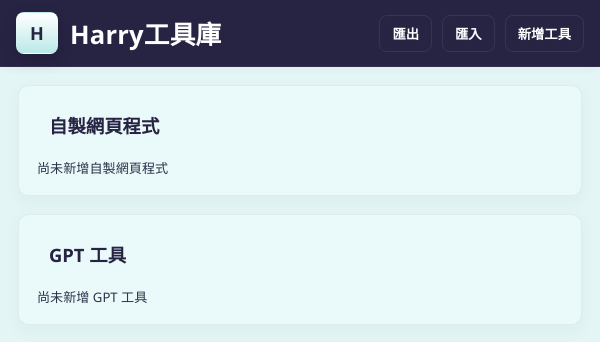
Repository: Harry985991/bmcvibecoding
Page: personal_tool_portal.html
These files come from the project's save history. The page is drawn as it stood at one moment and after the next save; the edit follows.
The browser window is 600 px wide. The pictures show the whole page.

Above is the page before, as saved 2025-08-22 23:09:42.

### personal_tool_portal.html
<!DOCTYPE html>
<html lang="zh-Hant">
<head>
  <meta charset="UTF-8" />
  <meta name="viewport" content="width=device-width, initial-scale=1.0"/>
  <title>Harry工具庫</title>
  <style>
:root{
  --bg: #e3f6f5;           /* page background */
  --primary: #272343;      /* dark navy */
  --banner: #272343;       /* banner color (attachment) */
  --muted: #2d334a;        /* paragraph */
  --accent: #ffd600;       /* accent (kept) */
  --teal: #bae8e8;         /* tag / light green-blue */
  --title-blue: #dceeff;   /* light-blue for title badge */
  --card-bg: #ffffff;
  --section-bg: #eaf9f9;   /* 新增：淡藍色區塊背景 */
  --card-border: rgba(39,35,67,0.06);
  --card-dark: #2C2C54;    /* 卡片深色 */
}

/* base */
html,body { height:100%; }
body {
  font-family: 'Segoe UI', 'Noto Sans TC', sans-serif;
  background-color: var(--bg);
  color: var(--primary);
  margin: 0;
  padding: 0;
  -webkit-font-smoothing:antialiased;
  -moz-osx-font-smoothing:grayscale;
}

/* top white banner */
header {
  background: var(--banner);              /* 改為附件深色 */
  padding: 14px 28px;
  display: flex;
  align-items: center;
  justify-content: space-between;
  border-bottom: 1px solid rgba(255,255,255,0.06); /* 調整邊線為淺白 */
  box-shadow: 0 2px 8px rgba(16,24,40,0.04);
  position: sticky;
  top: 0;
  z-index: 50;
}

/* left: logo + title */
.header-left {
  display:flex;
  gap:12px;
  align-items:center;
}
.header-logo {
  width:40px;
  height:40px;
  border-radius:8px;
  background: linear-gradient(180deg, #ffffff 0%, var(--teal) 100%);
  display:inline-flex;
  align-items:center;
  justify-content:center;
  color:var(--banner); /* 讓 logo 內字與 banner 保持對比 */
  font-weight:700;
  font-size:18px;
  border:1px solid rgba(255,255,255,0.08); /* 淺白邊框 */
  box-shadow:0 6px 16px rgba(0,0,0,0.16);
}
.header-title {
  font-size:1.6rem; /* 保留放大 */
  color:#ffffff;
  font-weight:700;
  letter-spacing:0.2px;
}

/* header actions (right) - white text, subtle white borders */
.header-actions { display:flex; gap:10px; align-items:center; }

.header-actions button, .header-actions a {
  background: transparent;
  color: #ffffff; /* 白字 */
  border: 1px solid rgba(255,255,255,0.08);
  padding: 8px 12px;
  border-radius: 8px;
  font-weight:600;
  text-decoration:none;
  cursor:pointer;
}
.header-actions button:hover, .header-actions a:hover {
  background: rgba(255,255,255,0.04);
  transform: translateY(-1px);
}

/* layout */
main {
  padding: 28px;
  display: grid;
  grid-template-columns: 1fr;
  gap: 18px;
}

/* section container */
.section {
  background: var(--section-bg); /* 使用淡藍色，與附件一致 */
  padding: 18px;
  border-radius: 10px;
  box-shadow: 0 6px 18px rgba(39,35,67,0.04);
  border: 1px solid var(--card-border);
}
.section h2 {
  margin: 0 0 12px 0;
  font-size: 1.5rem;   /* 放大自製網頁程式 / GPT 工具 標題字體 */
  color: var(--primary);
  font-weight:700;
  padding: 8px 12px;
  display: inline-block;
  background: rgba(255,255,255,0.0);
  border-radius: 8px;
}

/* responsive tweaks for section titles */
@media (max-width:760px){
  .section h2 { font-size: 1.15rem; }
  .modal-content { width: 92%; }
  main { padding: 18px; }
  header { padding: 12px 16px; }
}

/* grid & cards */
.grid {
  display: grid;
  /* 減小每張卡片的最小寬度，讓卡片看起來更窄一些 */
  grid-template-columns: repeat(auto-fill, minmax(220px, 1fr));
  gap: 14px;
}

/* card: deep style */
.card {
  background: var(--card-dark);
  color: #ffffff;
  border: 1px solid transparent;          /* 預設無邊框，hover 顯示微亮邊框 */
  border-radius: 12px;
  padding: 16px;
  display: flex;
  flex-direction: column;
  justify-content: space-between;
  box-shadow: 0 8px 24px rgba(44,44,84,0.14);
  min-height: 140px;
  transition: box-shadow 160ms ease, transform 160ms ease, border-color 160ms ease;
}

/* hover: 微亮邊框與互動感 */
.card:hover {
  box-shadow: 0 12px 32px rgba(44,44,84,0.24);
  transform: translateY(-4px);
  border-color: rgba(255,255,255,0.10); /* 微亮邊框 */
}

.card-head {
  display:flex;
  align-items:center;
  gap:10px;
  margin-bottom:8px;
}
/* title as light-blue badge (button-like) */
.card h3 {
  margin: 0;
  display:inline-block;
  background: var(--title-blue);
  color: var(--primary);
  padding: 8px 12px;
  border-radius: 999px;
  font-size: 0.98rem;
  font-weight:700;
  line-height:1;
  box-shadow: inset 0 -1px 0 rgba(0,0,0,0.02);
}

/* description */
.card p {
  font-size: 0.88rem;
  color: rgba(255,255,255,0.9);
  margin: 8px 0 12px 0;
  flex-grow:1;
}

/* actions area layout */
.card-actions { margin-top: 8px; display:flex; justify-content:space-between; gap:12px; align-items:center; }

/* visit link: simple white text (not highlighted) */
.visit-btn {
  display:inline-block;
  background: transparent;
  color: #ffffff;
  padding: 6px 10px;
  border-radius: 8px;
  font-weight:600;
  font-size:0.92rem;
  text-decoration:none;
  border: 1px solid rgba(255,255,255,0.06);
}
.visit-btn:hover { opacity:0.95; transform:translateY(-1px); }

/* edit/delete: normal background with white text */
.card-actions .right { display:flex; gap:8px; }
.card-actions button {
  background-color: rgba(255,255,255,0.06);
  color: #ffffff;
  border: 1px solid rgba(255,255,255,0.06);
  padding: 6px 10px;
  border-radius: 8px;
  cursor: pointer;
  font-weight:600;
  font-size:0.9rem;
}
.card-actions button:hover { background-color: rgba(255,255,255,0.10); }

/* modal */
.modal { position: fixed; top:0; left:0; right:0; bottom:0; background: rgba(0,0,0,0.45); display:none; justify-content:center; align-items:center; z-index:1000; }
.modal-content { background: var(--card-bg); padding:16px; border-radius:8px; width:420px; box-shadow: 0 6px 20px rgba(39,35,67,0.12); border:1px solid rgba(39,35,67,0.06); }
.modal-content h2 { font-size:1rem; margin:0 0 8px 0; color:var(--primary); }
.modal-content label { font-size:0.78rem; display:block; margin-top:8px; color:var(--muted); }
.modal-content input[type="text"], .modal-content textarea { width:100%; padding:8px; font-size:0.92rem; margin-top:6px; border:1px solid rgba(39,35,67,0.10); border-radius:6px; color:var(--muted); background: #fff; }

/* categories */
.categories { display:flex; gap:10px; margin-top:8px; align-items:center; color:var(--muted); }
.categories input[type="checkbox"] { width:16px; height:16px; accent-color: var(--teal); }

/* small text */
.small-muted { font-size:0.82rem; color:var(--muted); }

/* responsive tweaks */
@media (max-width:760px){
  .modal-content { width: 92%; }
  main { padding: 18px; }
  header { padding: 12px 16px; }
}
  </style>
</head>
<body>
  <header>
    <div class="header-left">
      <div class="header-logo" aria-hidden="true">H</div>
      <div class="header-title">Harry工具庫</div>
    </div>

    <div class="header-actions">
      <button id="exportBtn" title="匯出資料">匯出</button>
      <button id="importBtn" title="匯入資料">匯入</button>
      <button id="addBtn" title="新增工具">新增工具</button>
    </div>
  </header>

  <main>
    <section class="section" aria-labelledby="webTitle">
      <h2 id="webTitle">自製網頁程式</h2>
      <div id="webContainer" class="grid"></div>
    </section>

    <section class="section" aria-labelledby="gptTitle">
      <h2 id="gptTitle">GPT 工具</h2>
      <div id="gptContainer" class="grid"></div>
    </section>
  </main>

  <!-- Modal -->
  <div class="modal" id="toolModal" aria-hidden="true" role="dialog" aria-modal="true">
    <div class="modal-content">
      <h2 id="modalTitle">新增工具</h2>
      <label>工具名稱</label>
      <input type="text" id="toolName" />
      <label>簡介</label>
      <textarea id="toolDesc" rows="3"></textarea>
      <label>連結 (可使用相對路徑，例如 AIAROKR.html 或 ./subfolder/tool.html)</label>
      <input type="text" id="toolLink" placeholder="例：AIAROKR.html 或 ./subfolder/tool.html">

      <label class="small-muted" style="margin-top:.5rem">類別（勾選後會出現在對應區域，可同時勾選多個）</label>
      <div class="categories">
        <label><input type="checkbox" id="catWeb" /> 自製網頁程式</label>
        <label><input type="checkbox" id="catGpt" /> GPT 工具</label>
      </div>

      <div class="modal-actions" style="margin-top:12px; display:flex; justify-content:flex-end; gap:8px;">
        <button type="button" id="cancelBtn">取消</button>
        <button type="button" id="saveBtn">儲存</button>
      </div>
    </div>
  </div>

  <script>
  const STORAGE_KEY = 'personal_tools_v1';

  let tools = [];
  try {
    const raw = localStorage.getItem(STORAGE_KEY);
    tools = raw ? JSON.parse(raw) : [];
    if (!Array.isArray(tools)) tools = [];
  } catch (e) {
    console.warn('localStorage parse error, resetting tools', e);
    tools = [];
  }

  // normalize existing items (backward compatibility) — ensure categories default to ['web']
  tools = tools.map(t => {
    if (!t || typeof t !== 'object') {
      return { name: '', desc: '', link: '', categories: ['web'] };
    }

    const cats = t.categories;

    if (!cats) {
      t.categories = ['web'];
    } else if (typeof cats === 'string') {
      const normalized = cats.split(',').map(s => s.trim().toLowerCase()).filter(Boolean)
        .map(s => (s === 'gpt' || s.includes('gpt')) ? 'gpt' : 'web');
      t.categories = normalized.length ? normalized : ['web'];
    } else if (Array.isArray(cats)) {
      const normalized = cats.map(s => (typeof s === 'string' ? s.trim().toLowerCase() : ''))
        .filter(Boolean)
        .map(s => (s === 'gpt' || s.includes('gpt')) ? 'gpt' : 'web');
      t.categories = normalized.length ? normalized : ['web'];
    } else {
      t.categories = ['web'];
    }

    return t;
  });

  let editIndex = null;
  const webContainer = document.getElementById('webContainer');
  const gptContainer = document.getElementById('gptContainer');
  const modal = document.getElementById('toolModal');
  const nameInput = document.getElementById('toolName');
  const descInput = document.getElementById('toolDesc');
  const linkInput = document.getElementById('toolLink');
  const modalTitle = document.getElementById('modalTitle');
  const catWeb = document.getElementById('catWeb');
  const catGpt = document.getElementById('catGpt');
  let lastFocusedElement = null;

  function createCard(tool, index) {
    const card = document.createElement('div');
    card.className = 'card';

    const head = document.createElement('div');
    head.className = 'card-head';
    const h3 = document.createElement('h3');
    h3.textContent = tool.name || '';
    head.appendChild(h3);

    const p = document.createElement('p');
    p.textContent = tool.desc || '';

    // visit link (simple white text)
    const visit = document.createElement('a');
    const href = (tool.link || '').trim() || '#';
    visit.className = 'visit-btn';
    visit.href = href;
    visit.target = '_blank';
    visit.rel = 'noopener noreferrer';
    visit.textContent = '使用';

    const actions = document.createElement('div');
    actions.className = 'card-actions';

    const left = document.createElement('div');
    left.appendChild(visit);

    const right = document.createElement('div');
    right.className = 'right';

    const editBtn = document.createElement('button');
    editBtn.type = 'button';
    editBtn.textContent = '編輯';
    editBtn.addEventListener('click', () => editTool(index));

    const delBtn = document.createElement('button');
    delBtn.type = 'button';
    delBtn.textContent = '刪除';
    delBtn.addEventListener('click', () => deleteTool(index));

    right.appendChild(editBtn);
    right.appendChild(delBtn);

    actions.appendChild(left);
    actions.appendChild(right);

    card.appendChild(head);
    card.appendChild(p);
    card.appendChild(actions);

    return card;
  }

  function renderTools() {
    webContainer.innerHTML = '';
    gptContainer.innerHTML = '';

    tools.forEach((tool, index) => {
      const cats = Array.isArray(tool.categories) ? tool.categories : ['web'];

      if (cats.includes('web')) {
        webContainer.appendChild(createCard(tool, index));
      }
      if (cats.includes('gpt')) {
        gptContainer.appendChild(createCard(tool, index));
      }
    });

    if (!webContainer.children.length) {
      const hint = document.createElement('div');
      hint.className = 'small-muted';
      hint.textContent = '尚未新增自製網頁程式';
      webContainer.appendChild(hint);
    }
    if (!gptContainer.children.length) {
      const hint = document.createElement('div');
      hint.className = 'small-muted';
      hint.textContent = '尚未新增 GPT 工具';
      gptContainer.appendChild(hint);
    }
  }

  modal.setAttribute('role', 'dialog');
  modal.setAttribute('aria-modal', 'true');
  modal.setAttribute('aria-hidden', 'true');

  function openModal(editIdx = null) {
    lastFocusedElement = document.activeElement;
    modal.style.display = 'flex';
    modal.setAttribute('aria-hidden', 'false');
    editIndex = editIdx;
    if (editIndex !== null) {
      modalTitle.textContent = '編輯工具';
      const t = tools[editIndex];
      nameInput.value = t.name || '';
      descInput.value = t.desc || '';
      linkInput.value = t.link || '';
      catWeb.checked = Array.isArray(t.categories) && t.categories.includes('web');
      catGpt.checked = Array.isArray(t.categories) && t.categories.includes('gpt');
    } else {
      modalTitle.textContent = '新增工具';
      nameInput.value = '';
      descInput.value = '';
      linkInput.value = '';
      catWeb.checked = true;
      catGpt.checked = false;
    }
    nameInput.focus();
    document.addEventListener('focus', enforceFocus, true);
  }

  function closeModal() {
    modal.style.display = 'none';
    modal.setAttribute('aria-hidden', 'true');
    document.removeEventListener('focus', enforceFocus, true);
    if (lastFocusedElement && typeof lastFocusedElement.focus === 'function') {
      lastFocusedElement.focus();
    }
  }

  function enforceFocus(e) {
    if (!modal.contains(e.target)) {
      e.stopPropagation();
      modal.focus();
    }
  }

  function validateLink(raw) {
    const s = (raw || '').trim();
    if (!s) return '';
    return s;
  }

  function saveTool() {
    const categories = [];
    if (catWeb.checked) categories.push('web');
    if (catGpt.checked) categories.push('gpt');
    if (!categories.length) {
      alert('請至少勾選一個類別');
      return;
    }

    const newTool = {
      name: nameInput.value.trim(),
      desc: descInput.value.trim(),
      link: validateLink(linkInput.value),
      categories
    };
    if (!newTool.name) {
      alert('請輸入工具名稱');
      nameInput.focus();
      return;
    }
    if (editIndex !== null) {
      tools[editIndex] = newTool;
    } else {
      tools.push(newTool);
    }
    try {
      localStorage.setItem(STORAGE_KEY, JSON.stringify(tools));
    } catch (e) {
      console.warn('localStorage write failed', e);
    }
    renderTools();
    closeModal();
  }

  function editTool(index) {
    openModal(index);
  }

  function deleteTool(index) {
    if (confirm('確定刪除這個工具嗎？')) {
      tools.splice(index, 1);
      try {
        localStorage.setItem(STORAGE_KEY, JSON.stringify(tools));
      } catch (e) { console.warn(e); }
      renderTools();
    }
  }

  function exportData() {
    try {
      const payload = JSON.stringify(tools, null, 2);
      const blob = new Blob([payload], { type: 'application/json' });
      const url = URL.createObjectURL(blob);
      const a = document.createElement('a');
      a.href = url;
      a.download = 'personal_tools.json';
      document.body.appendChild(a);
      a.click();
      a.remove();
      URL.revokeObjectURL(url);
    } catch (e) {
      console.error('匯出失敗', e);
      alert('匯出失敗');
    }
  }

  function importDataFile() {
    const inp = document.createElement('input');
    inp.type = 'file';
    inp.accept = '.json,application/json';
    inp.addEventListener('change', (ev) => {
      const f = ev.target.files[0];
      if (!f) return;
      const reader = new FileReader();
      reader.onload = () => {
        try {
          const parsed = JSON.parse(reader.result);
          if (!Array.isArray(parsed)) throw new Error('格式錯誤：不是陣列');
          tools = parsed.map(t => {
            if (!t || typeof t !== 'object') return { name: '', desc: '', link: '', categories: ['web'] };
            if (!Array.isArray(t.categories)) {
              t.categories = t.categories ? (Array.isArray(t.categories) ? t.categories : [t.categories]) : ['web'];
            }
            return t;
          });
          localStorage.setItem(STORAGE_KEY, JSON.stringify(tools));
          renderTools();
          alert('匯入完成');
        } catch (err) {
          console.error('匯入失敗', err);
          alert('匯入失敗：檔案格式不正確');
        }
      };
      reader.readAsText(f, 'utf-8');
    });
    inp.click();
  }

  document.getElementById('addBtn').addEventListener('click', () => openModal(null));
  document.getElementById('cancelBtn').addEventListener('click', closeModal);
  document.getElementById('saveBtn').addEventListener('click', saveTool);
  document.getElementById('exportBtn').addEventListener('click', exportData);
  document.getElementById('importBtn').addEventListener('click', importDataFile);

  document.addEventListener('keydown', (e) => {
    if (e.key === 'Escape' && modal.style.display === 'flex') closeModal();
  });

  modal.addEventListener('click', (e) => {
    if (e.target === modal) closeModal();
  });

  renderTools();
  </script>
</body>
</html>

After the next save:
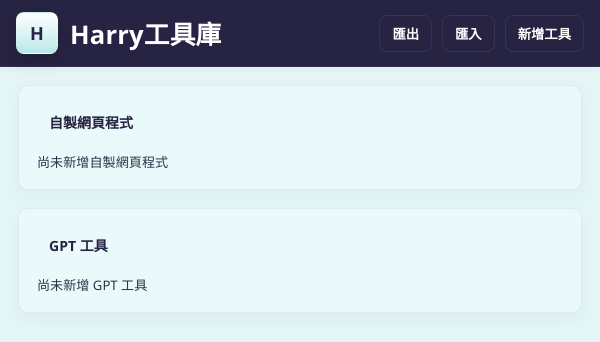
Saved 117 s later.
--- a/personal_tool_portal.html
+++ b/personal_tool_portal.html
@@ -108,79 +108,35 @@
 }
 .section h2 {
   margin: 0 0 12px 0;
-  font-size: 1.5rem;   /* 放大自製網頁程式 / GPT 工具 標題字體 */
+  font-size: 1rem;   /* 16px：區塊標題（自製網頁程式 / GPT 工具）*/
   color: var(--primary);
-  font-weight:700;
+  font-weight: 700;
   padding: 8px 12px;
   display: inline-block;
   background: rgba(255,255,255,0.0);
   border-radius: 8px;
 }
 
-/* responsive tweaks for section titles */
-@media (max-width:760px){
-  .section h2 { font-size: 1.15rem; }
-  .modal-content { width: 92%; }
-  main { padding: 18px; }
-  header { padding: 12px 16px; }
-}
-
-/* grid & cards */
-.grid {
-  display: grid;
-  /* 減小每張卡片的最小寬度，讓卡片看起來更窄一些 */
-  grid-template-columns: repeat(auto-fill, minmax(220px, 1fr));
-  gap: 14px;
-}
-
-/* card: deep style */
-.card {
-  background: var(--card-dark);
-  color: #ffffff;
-  border: 1px solid transparent;          /* 預設無邊框，hover 顯示微亮邊框 */
-  border-radius: 12px;
-  padding: 16px;
-  display: flex;
-  flex-direction: column;
-  justify-content: space-between;
-  box-shadow: 0 8px 24px rgba(44,44,84,0.14);
-  min-height: 140px;
-  transition: box-shadow 160ms ease, transform 160ms ease, border-color 160ms ease;
-}
-
-/* hover: 微亮邊框與互動感 */
-.card:hover {
-  box-shadow: 0 12px 32px rgba(44,44,84,0.24);
-  transform: translateY(-4px);
-  border-color: rgba(255,255,255,0.10); /* 微亮邊框 */
-}
-
-.card-head {
-  display:flex;
-  align-items:center;
-  gap:10px;
-  margin-bottom:8px;
-}
-/* title as light-blue badge (button-like) */
+/* 工具名稱（16~18px 半粗體）*/
 .card h3 {
   margin: 0;
-  display:inline-block;
+  display: inline-block;
   background: var(--title-blue);
   color: var(--primary);
   padding: 8px 12px;
   border-radius: 999px;
-  font-size: 0.98rem;
-  font-weight:700;
-  line-height:1;
+  font-size: 1.0625rem; /* 約 17px */
+  font-weight: 600;     /* 半粗體 */
+  line-height: 1;
   box-shadow: inset 0 -1px 0 rgba(0,0,0,0.02);
 }
 
-/* description */
+/* 工具描述（12~14px，顏色淡一些）*/
 .card p {
-  font-size: 0.88rem;
-  color: rgba(255,255,255,0.9);
+  font-size: 13px;      /* 介於 12~14px */
+  color: #E5E5E5;       /* 淡描述色，提高層次 */
   margin: 8px 0 12px 0;
-  flex-grow:1;
+  flex-grow: 1;
 }
 
 /* actions area layout */
@@ -230,6 +186,7 @@
 
 /* responsive tweaks */
 @media (max-width:760px){
+  .section h2 { font-size: 14px; }
   .modal-content { width: 92%; }
   main { padding: 18px; }
   header { padding: 12px 16px; }

After the save that followed:
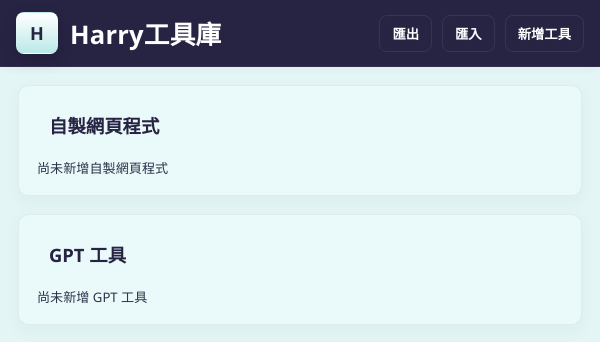
Saved 20 s later.
--- a/personal_tool_portal.html
+++ b/personal_tool_portal.html
@@ -108,35 +108,79 @@
 }
 .section h2 {
   margin: 0 0 12px 0;
-  font-size: 1rem;   /* 16px：區塊標題（自製網頁程式 / GPT 工具）*/
+  font-size: 1.5rem;   /* 放大自製網頁程式 / GPT 工具 標題字體 */
   color: var(--primary);
-  font-weight: 700;
+  font-weight:700;
   padding: 8px 12px;
   display: inline-block;
   background: rgba(255,255,255,0.0);
   border-radius: 8px;
 }
 
-/* 工具名稱（16~18px 半粗體）*/
+/* responsive tweaks for section titles */
+@media (max-width:760px){
+  .section h2 { font-size: 1.15rem; }
+  .modal-content { width: 92%; }
+  main { padding: 18px; }
+  header { padding: 12px 16px; }
+}
+
+/* grid & cards */
+.grid {
+  display: grid;
+  /* 減小每張卡片的最小寬度，讓卡片看起來更窄一些 */
+  grid-template-columns: repeat(auto-fill, minmax(220px, 1fr));
+  gap: 14px;
+}
+
+/* card: deep style */
+.card {
+  background: var(--card-dark);
+  color: #ffffff;
+  border: 1px solid transparent;          /* 預設無邊框，hover 顯示微亮邊框 */
+  border-radius: 12px;
+  padding: 16px;
+  display: flex;
+  flex-direction: column;
+  justify-content: space-between;
+  box-shadow: 0 8px 24px rgba(44,44,84,0.14);
+  min-height: 140px;
+  transition: box-shadow 160ms ease, transform 160ms ease, border-color 160ms ease;
+}
+
+/* hover: 微亮邊框與互動感 */
+.card:hover {
+  box-shadow: 0 12px 32px rgba(44,44,84,0.24);
+  transform: translateY(-4px);
+  border-color: rgba(255,255,255,0.10); /* 微亮邊框 */
+}
+
+.card-head {
+  display:flex;
+  align-items:center;
+  gap:10px;
+  margin-bottom:8px;
+}
+/* title as light-blue badge (button-like) */
 .card h3 {
   margin: 0;
-  display: inline-block;
+  display:inline-block;
   background: var(--title-blue);
   color: var(--primary);
   padding: 8px 12px;
   border-radius: 999px;
-  font-size: 1.0625rem; /* 約 17px */
-  font-weight: 600;     /* 半粗體 */
-  line-height: 1;
+  font-size: 0.98rem;
+  font-weight:700;
+  line-height:1;
   box-shadow: inset 0 -1px 0 rgba(0,0,0,0.02);
 }
 
-/* 工具描述（12~14px，顏色淡一些）*/
+/* description */
 .card p {
-  font-size: 13px;      /* 介於 12~14px */
-  color: #E5E5E5;       /* 淡描述色，提高層次 */
+  font-size: 0.88rem;
+  color: rgba(255,255,255,0.9);
   margin: 8px 0 12px 0;
-  flex-grow: 1;
+  flex-grow:1;
 }
 
 /* actions area layout */
@@ -186,7 +230,6 @@
 
 /* responsive tweaks */
 @media (max-width:760px){
-  .section h2 { font-size: 14px; }
   .modal-content { width: 92%; }
   main { padding: 18px; }
   header { padding: 12px 16px; }
